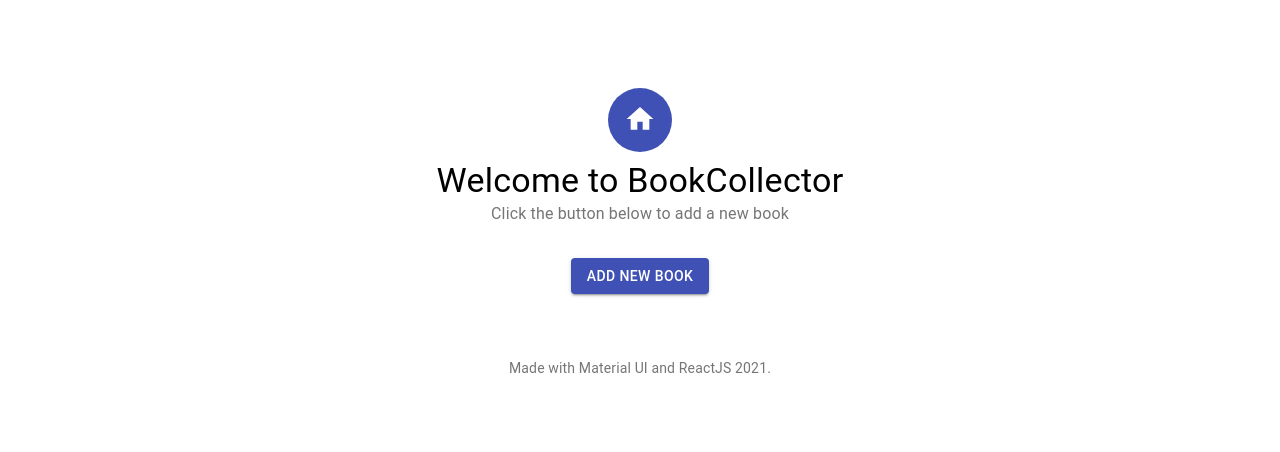
Repository: Colo-Codes/mini-project-react-book-collector
Page: /
These files come from the project's save history. The page is drawn as it stood at one moment and after the next save; the edit follows.
The browser window is 1280 px wide. The pictures show the whole page.
The project was rebuilt for these pictures with package versions that can differ from the ones it lists, and the page was loaded fresh each time. Also part of the build but not shown: src/Books/BooksGridItem.js, src/Books/AddBookForm.js.

Above is the page before, as saved 2021-08-25 13:02:13.

### src/App.js
import React, { useState } from 'react';

import { Box, Button, makeStyles } from '@material-ui/core';
import { Home } from '@material-ui/icons';

import AddBookForm from './Books/AddBookForm';
import Copyright from './UI/Copyright';
import Header from './UI/Header';
import BooksGrid from './Books/BooksGrid';

const useStyles = makeStyles(theme => ({
  paper: {
    marginTop: theme.spacing(10),
    display: 'flex',
    flexDirection: 'column',
    alignItems: 'center',
  },
  icon: {
    color: 'white',
    width: theme.spacing(4),
    height: theme.spacing(4),
  },
  button: {
    marginTop: theme.spacing(4),
  },
  grid: {
    marginTop: theme.spacing(4),
  }
}));

function App() {
  const [showAddBookForm, setShowAddBookForm] = useState(false);
  const [bookList, setBookList] = useState('');

  const classes = useStyles();

  const addNewBookHandler = () => {
    setShowAddBookForm(true);
  }

  const hideFormHandler = () => {
    setShowAddBookForm(false);
  }

  // 'Lifting state up' function
  const newBookHandler = newBook => {
    setBookList(prevBook => [...prevBook, newBook]);
  }

  // 'Lifting state up' function
  const deleteBookHandler = bookId => {
    setBookList(prevBook => prevBook.filter(book => book.id !== bookId));
  }

  return (
    <React.Fragment>
      <header className={classes.paper}>
        {showAddBookForm && <AddBookForm onNewBook={newBookHandler} onHideForm={hideFormHandler} />} {/* Conditional Rendering */}
        {!showAddBookForm && <Header headerIcon={<Home className={classes.icon} />} headerContent={'Welcome to BookCollector'} textContent={'Click the button below to add a new book'} />} {/* Conditional Rendering */}
        {!showAddBookForm && <Button variant="contained" color="primary" onClick={addNewBookHandler} className={classes.button} >Add new book</Button>} {/* Conditional Rendering */}
      </header>
      <main>
        <BooksGrid bookList={bookList} onDeleteBook={deleteBookHandler} />
      </main>
      <footer>
        <Box mt={8}><Copyright /></Box>
      </footer>
    </React.Fragment>
  );
}

export default App;

### src/UI/Copyright.js
import { Typography } from "@material-ui/core";
import { Link } from "@material-ui/core";

function Copyright() {
    return (
        <Typography variant="body2" color="textSecondary" align="center">
            {'Made with '}
            <Link color="inherit" href="https://material-ui.com/" target="_blank">
                Material UI
            </Link>{' and '}
            <Link color="inherit" href="https://reactjs.org/" target="_blank">
                ReactJS
            </Link>{' '}
            {new Date().getFullYear()}
            {'.'}
        </Typography>
    );
}

export default Copyright;

### src/UI/Header.js
import { Avatar, Typography, makeStyles } from "@material-ui/core";
import { Home } from '@material-ui/icons';

const useStyles = makeStyles(theme => ({
    paper: {
        // marginTop: theme.spacing(10),
        display: 'flex',
        flexDirection: 'column',
        alignItems: 'center',
    },
    avatar: {
        margin: theme.spacing(1),
        width: theme.spacing(8),
        height: theme.spacing(8),
        backgroundColor: theme.palette.primary.main,
    },
    lightGray: {
        color: theme.palette.text.secondary,
    },
}));

const Header = props => {
    const classes = useStyles();

    return (
        <div className={classes.paper}>
            <Avatar className={classes.avatar}>
                <div className={classes.icon}>{props.headerIcon}</div>
            </Avatar>
            <Typography variant="h4" component="h2">{props.headerContent}</Typography>
            <Typography variant="body1" className={classes.lightGray}>{props.textContent}</Typography>
        </div>
    );
}

export default Header;

### src/Books/BooksGrid.js
import { Container, Grid } from '@material-ui/core';
import { useState } from 'react';
import BooksGridItem from './BooksGridItem';

const BooksGrid = props => {

    return (
        <Container>
            <Grid container>
                {props.bookList.length > 0 && props.bookList.map(bookItem =>
                    <BooksGridItem key={bookItem.id} id={bookItem.id} title={bookItem.title} author={bookItem.author} onDelete={props.onDeleteBook} />
                )}
            </Grid>
        </Container>
    );
}

export default BooksGrid;

Loaded but not shown: public/index.html (common file); src/index.js (common file); src/index.css (common file)

After the next save:
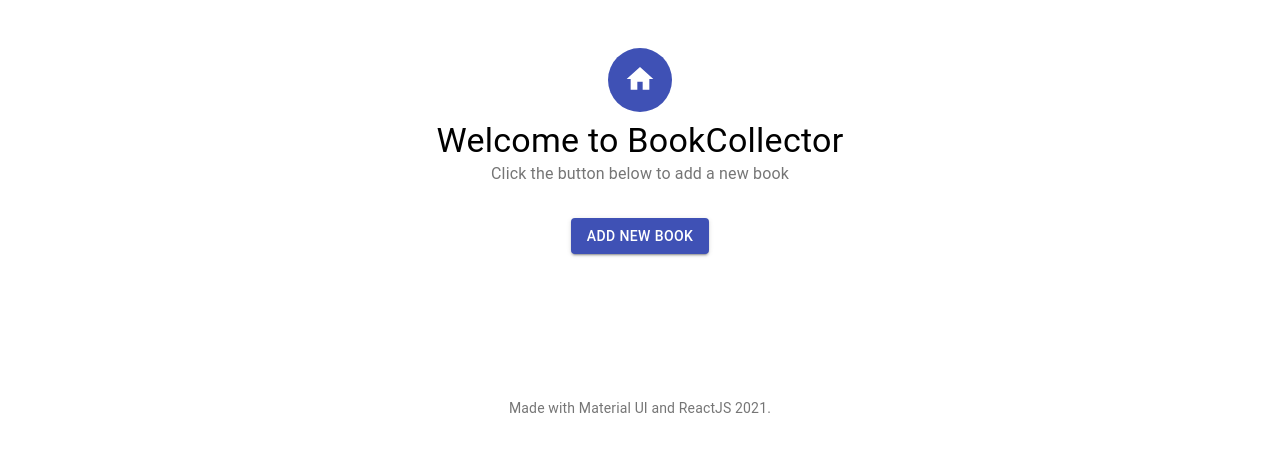
Saved 89 s later.
--- a/src/App.js
+++ b/src/App.js
@@ -10,7 +10,8 @@ import BooksGrid from './Books/BooksGrid';
 
 const useStyles = makeStyles(theme => ({
   paper: {
-    marginTop: theme.spacing(10),
+    marginTop: theme.spacing(5),
+    marginBottom: theme.spacing(10),
     display: 'flex',
     flexDirection: 'column',
     alignItems: 'center',
